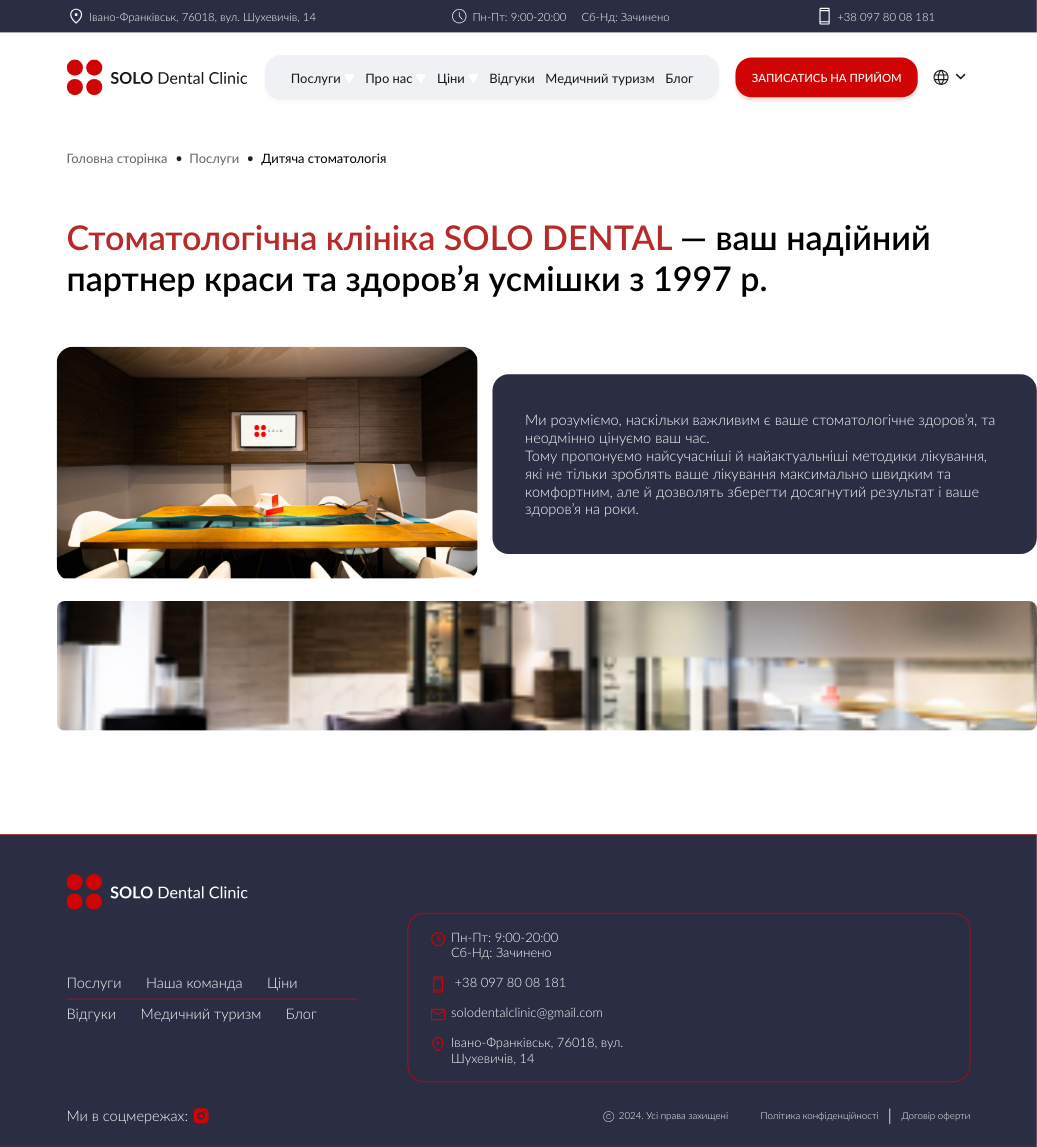
Repository: TarasDutchak/dental-clinic
Page: pediatric-dentistry.html
These files come from the project's save history. The page is drawn as it stood at one moment and after the next save; the edit follows.
The browser window is 1280 px wide. The pictures show the whole page, at 81% of full size.
Pictures or frames that could not be fetched are drawn as grey boxes.

Above is the page before, as saved 2024-12-31 07:33:59.

After the next save:
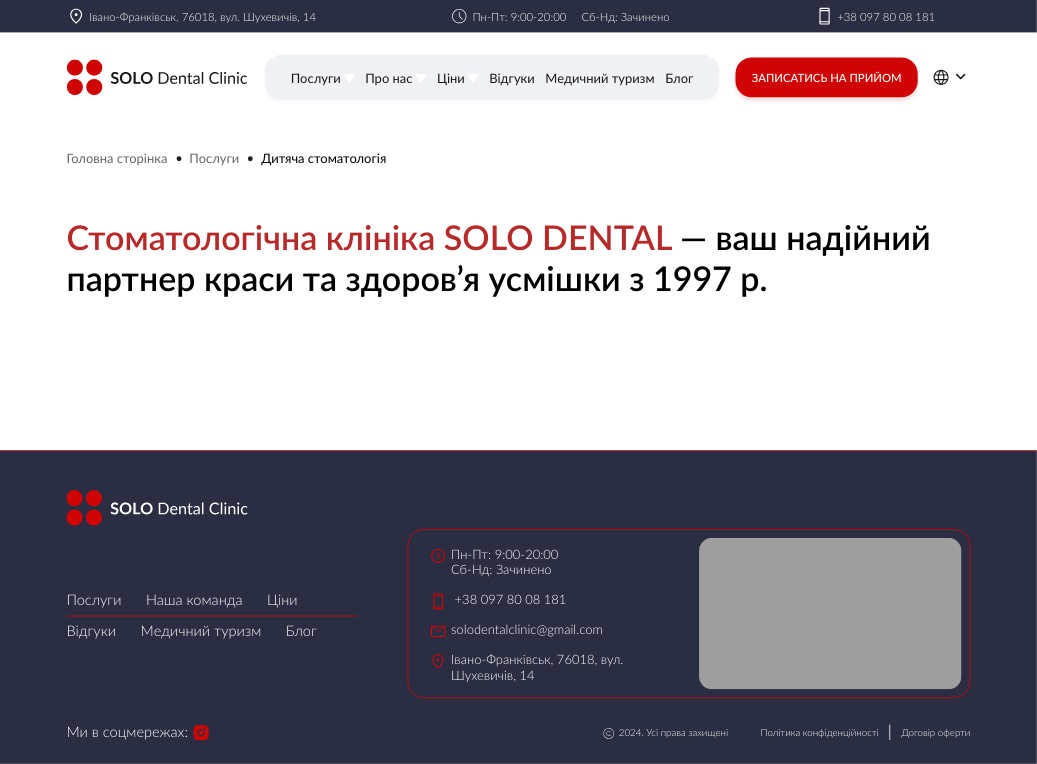
Saved 7 s later.
--- a/pediatric-dentistry.html
+++ b/pediatric-dentistry.html
@@ -169,61 +169,7 @@
                     1997 р.
                 </h1>
             </div>
-            <div class="infboxr0">
-                <div class="container-r0">
-                    <div class="d-flex align-items-center">
-                        <div class="imgwrap">
-                            <img src="img/about/abimg1.jpg" alt="img">
-                        </div>
-                        <div class="descrwrap">
-                            <div class="descrwrap__box">
-                                <p>
-                                    Ми розуміємо, наскільки важливим є ваше стоматологічне здоров’я, та неодмінно
-                                    цінуємо
-                                    ваш
-                                    час.<br>
-                                    Тому пропонуємо найсучасніші й найактуальніші методики лікування, які не тільки
-                                    зроблять
-                                    ваше лікування максимально швидким та комфортним, але й дозволять зберегти
-                                    досягнутий
-                                    результат і ваше здоров’я на роки.
-                                </p>
-                            </div>
-                        </div>
-                    </div>
-                    <div class="abslider-wrapper">
-                        <div class="swiper abslider1">
-                            <div class="swiper-wrapper">
-                                <div class="swiper-slide">
-                                    <div class="slideimg">
-                                        <img src="img/about/abimg2.jpg" alt="img">
-                                    </div>
-                                </div>
-                                <div class="swiper-slide">
-                                    <div class="slideimg">
-                                        <img src="img/about/abimg3.jpg" alt="img">
-                                    </div>
-                                </div>
-                                <div class="swiper-slide">
-                                    <div class="slideimg">
-                                        <img src="img/about/abimg4.jpg" alt="img">
-                                    </div>
-                                </div>
-                                <div class="swiper-slide">
-                                    <div class="slideimg">
-                                        <img src="img/about/abimg5.jpg" alt="img">
-                                    </div>
-                                </div>
-                                <div class="swiper-slide">
-                                    <div class="slideimg">
-                                        <img src="img/about/abimg4.jpg" alt="img">
-                                    </div>
-                                </div>
-                            </div>
-                        </div>
-                    </div>
-                </div>
-            </div>
+
         </section>
 
 
